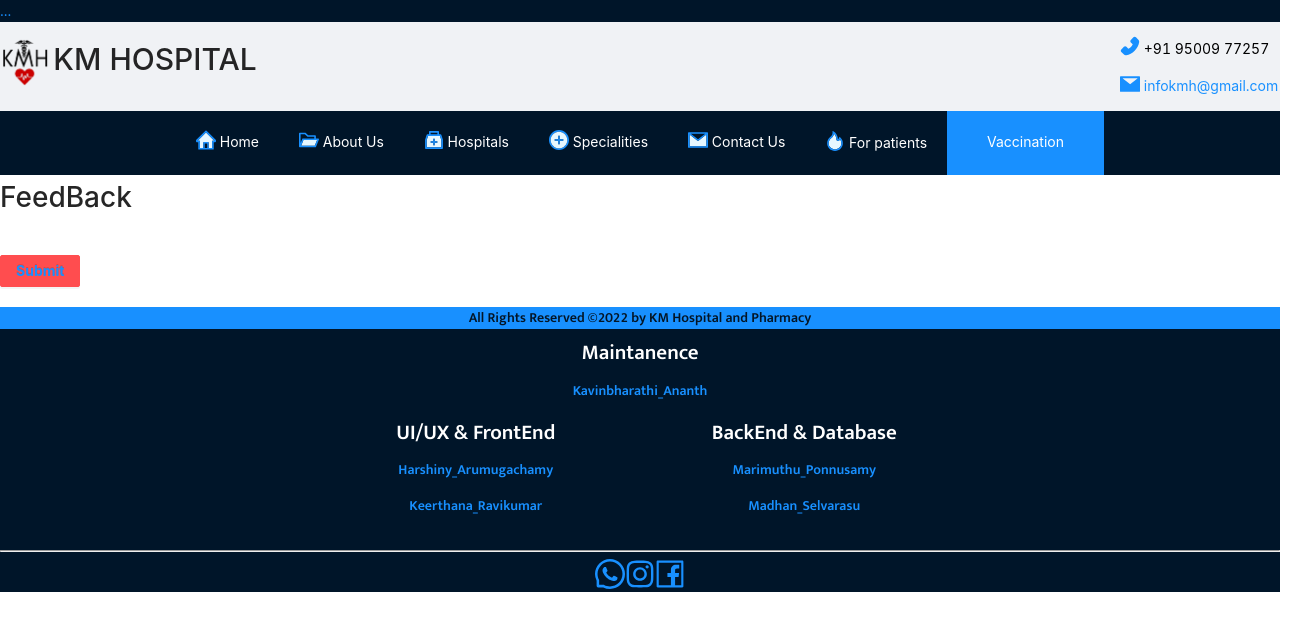
Repository: marimuthu1001/KHM-hospital
Page: /feedback (app in km-hospital/)
The author's editor kept a copy of each file at every save. The page is drawn from the files as they stood at one save, then again after the next save.
The browser window is 1280 px wide. The page is 1297 px wide, so the pictures cover 1297 px, including what lies to the right of the window. The pictures show the whole page.
The page's requests for data from a server got no answer. The project was rebuilt for these pictures with package versions that can differ from the ones it lists, and the page was loaded fresh each time. No one was signed in, and anything a server would have sent is missing. Also part of the build but not shown: km-hospital/src/Styles/ContactUs.module.css, km-hospital/src/Pages/ContactUs.jsx, km-hospital/src/Pages/AboutUS.jsx, km-hospital/src/Styles/Specialities.module.css, km-hospital/src/Pages/Specialities.jsx.

Above is the page before, as saved 2022-01-25 12:03:46.

### km-hospital/public/index.html
<!DOCTYPE html>
<html lang="en">
  <head>
    <meta charset="utf-8" />
    <link rel="icon" href="%PUBLIC_URL%/favicon.ico" />
    <meta name="viewport" content="width=device-width, initial-scale=1" />
    <meta name="theme-color" content="#000000" />
    <meta
      name="description"
      content="Web site created using create-react-app"
    />
    <link rel="apple-touch-icon" href="%PUBLIC_URL%/logo192.png" />
    <!--
      manifest.json provides metadata used when your web app is installed on a
      user's mobile device or desktop. See https://developers.google.com/web/fundamentals/web-app-manifest/
    -->
    <link rel="manifest" href="%PUBLIC_URL%/manifest.json" />
    <!--
      Notice the use of %PUBLIC_URL% in the tags above.
      It will be replaced with the URL of the `public` folder during the build.
      Only files inside the `public` folder can be referenced from the HTML.

      Unlike "/favicon.ico" or "favicon.ico", "%PUBLIC_URL%/favicon.ico" will
      work correctly both with client-side routing and a non-root public URL.
      Learn how to configure a non-root public URL by running `npm run build`.
    -->
    <title>KM HOSPITAL | HOME</title>
  </head>
  <body>
    <noscript>You need to enable JavaScript to run this app.</noscript>
    <div id="root"></div>
    <!--
      This HTML file is a template.
      If you open it directly in the browser, you will see an empty page.

      You can add webfonts, meta tags, or analytics to this file.
      The build step will place the bundled scripts into the <body> tag.

      To begin the development, run `npm start` or `yarn start`.
      To create a production bundle, use `npm run build` or `yarn build`.
    -->
  </body>
</html>

### km-hospital/src/index.js
import React from 'react';
import ReactDOM from 'react-dom';
import 'antd/dist/antd.min.css'
import './index.css'
import App from './App';


ReactDOM.render(
  <React.StrictMode>
    <App />
  </React.StrictMode>,
  document.getElementById('root')
);

### km-hospital/src/index.css
@import '~antd/dist/antd.css';

.ant-menu:not(.ant-menu-horizontal) .ant-menu-item-selected {
	background: transparent;
}

.ant-menu{
    background: red;
    }

### km-hospital/src/App.js
import Nav from  './components/Nav'
import Footer from './components/Footer'
import ContactUs from './Pages/ContactUs'
import AboutUs from './Pages/AboutUS'
import Specialities from './Pages/Specialities'
import {BrowserRouter as Router, Route,Routes} from 'react-router-dom'

import Feedback from './Pages/Feedback'

function App() {
  return (
    <Router>
        <div className="App">
          <Nav/>
          <Routes>
            <Route exact path="/contactus" element={<ContactUs/>}/>
            <Route exact path="/aboutus" element={<AboutUs/>}/>
            <Route exact path="/specialities" element={<Specialities/>}/>
            <Route exact path="/feedback" element={<Feedback/>}/>
          </Routes>

          <Footer/>
        </div>
    </Router>

  );
}

export default App;

### km-hospital/src/components/Nav.jsx
import React from 'react'

import Styles from '../Styles/Nav.module.css'
import { Layout, Menu, Dropdown,Row,Col } from 'antd';
import { UserOutlined, LaptopOutlined, NotificationOutlined } from '@ant-design/icons';
import Logo from '../Images/Logo.png'

import {HomeTwoTone,
    FolderOpenTwoTone,
    MedicineBoxTwoTone,
    PlusCircleTwoTone,
    FireTwoTone ,
    MailTwoTone,
    PhoneFilled,
    MailFilled,

    } from '@ant-design/icons'

function Nav() {
  const menu = (
    <Menu>

            <Menu.Item key="1">Covid Dose</Menu.Item>
            <Menu.Item key="2">Covid Booster</Menu.Item>
            <Menu.Item key="3">Polio Vaccine</Menu.Item>
            <Menu.Item key="4">Chicken pox Vaccine</Menu.Item>
      </Menu>
  )
const patients = (
  <Menu>
          <Menu.Item key="1">Health Checkup Package</Menu.Item>
          <Menu.Item key="2">Medicines</Menu.Item>
          <Menu.Item key="3">Symptoms</Menu.Item>
          <Menu.Item key="4">Procedurs</Menu.Item>
          <Menu.Item key="5">BMI Calculator</Menu.Item>
    </Menu>

  )

  const { Header} = Layout;
    return (

      <Layout>
        <p className={Styles.line}>...</p>
        <div className={Styles.head} >
            <Row gutters={[16,16]}>
              <Col md={{span:2}} lg={{span:1}}>
              <div className="logo">
              <img src={Logo} alt="Logo" widht={50} height={50}/>
            </div>
              </Col>
              <Col md={{span:6}} lg={{span:4}}>
              <h1>KM HOSPITAL</h1>
              </Col>
              <Col md={{span:8}} lg={{span:16}}></Col>
              <Col md={{span:5}} lg={{span:3}}>
              <div className={Styles.contactHead}>
                <p style={{color:'black'}}><PhoneFilled  style= {{ fontSize: '20px',color: '#1890ff'  }} />&nbsp;+91 95009 77257</p>
                <p><a href="mailto:infokmh@gmail.com"><MailFilled style= {{ fontSize: '20px',color: '#1890ff'  }} />&nbsp;infokmh@gmail.com</a></p>
               </div>
              </Col>
            </Row>
        </div>



      <Header className="header">
      <div className="menubar">
        <Menu style={{
            position: 'relative',
            display: 'flex',
            justifyContent: 'center',

        }} theme="dark" mode="horizontal" defaultSelectedKeys={['1']}>
     <a href="/">
          <Menu.Item key="7"><HomeTwoTone style={{fontSize:20}}/>&nbsp;Home</Menu.Item>
     </a>
     <a href="/aboutus">
          <Menu.Item key="2"><FolderOpenTwoTone style={{fontSize:20}}/>&nbsp;About Us</Menu.Item>
     </a>
     <a href="">
          <Menu.Item key="3"><MedicineBoxTwoTone style={{fontSize:20}}/>&nbsp;Hospitals</Menu.Item>
     </a>
     <a href="/specialities">
          <Menu.Item key="4"><PlusCircleTwoTone style={{fontSize:20}}/>&nbsp;Specialities</Menu.Item>
     </a>
     <a href="/contactus">
          <Menu.Item  key="6"> <MailTwoTone style={{fontSize:20}}/>&nbsp;Contact Us</Menu.Item>
     </a>
          <Dropdown  overlay={patients} placement="topCenter">
              <Menu.Item key="5"><FireTwoTone style={{fontSize:20}}/>&nbsp;For patients</Menu.Item>
          </Dropdown>

          <Menu.Item key="1">
          <Dropdown  overlay={menu} placement="topCenter">
                    <Menu.Item>Vaccination</Menu.Item>
          </Dropdown>
          </Menu.Item>


        </Menu>  </div>
      </Header>


        </Layout>


    )
}

export default Nav

### km-hospital/src/components/Footer.jsx
import React from 'react'
import Styles from '../Styles/Footer.module.css'
import { Row, Col } from 'antd';
import {WhatsAppOutlined,
    InstagramOutlined,
    FacebookOutlined} from '@ant-design/icons'
function Footer() {
    return (
        <div  >
            <div className={Styles.footer}>


                <div className={Styles.footerContent}>
                    <div sm={1}  md={6} lg={8}  className={Styles.footerTitle}>
                        <h4>All Rights Reserved &copy;2022 by KM Hospital and Pharmacy</h4>
                    </div>


                <div className={Styles.maintain}>
                    <h2>Maintanence</h2>
                    <p>Kavinbharathi_Ananth</p>
                </div>

                <Row className={Styles.design} gutter={[34, 18]}>
                <Col xs={24} md={6}/>
                    <Col xs={24} md={6}>
                        <div>
                            <h2 className={Styles.headDecoration}>UI/UX & FrontEnd</h2>
                            <div className={Styles.decoration}>
                                <p>Harshiny_Arumugachamy</p>
                                <p>Keerthana_Ravikumar</p>
                            </div>
                        </div>
                    </Col>
                    <Col xs={24} md={6}>
                        <div>
                        <h2 className={Styles.headDecoration}>BackEnd & Database</h2>
                            <div className={Styles.decoration}>
                                <p>Marimuthu_Ponnusamy</p>
                                <p>Madhan_Selvarasu</p>
                            </div>
                        </div>
                    </Col>
                    <Col xs={24} md={6}/>
                        <Col sm={{ span: 5, offset: 0 }} md={{ span: 5, offset: 0 }} lg={{ span: 6, offset:0  }}> </Col>
                </Row>


<hr/>


                <Row  className={Styles.social}>
                    <Col sm={{span:2}} md={{span:8}} lg={{span:8}}><WhatsAppOutlined style={{fontSize: '30px' }} /></Col>
                    <Col sm={{span:2}} md={{span:8}} lg={{span:8}}><InstagramOutlined style={{fontSize: '30px' }} /></Col>
                    <Col sm={{span:2}} md={{span:8}} lg={{span:8}}><FacebookOutlined style={{fontSize: '30px' }} /></Col>
                </Row>
            </div>
        </div>
        </div>
    )
}

export default Footer

### km-hospital/src/Pages/Feedback.jsx
import React , {useState,useEffect} from 'react'
import { Helmet,HelmetProvider } from 'react-helmet-async';
import firebase from '../firebase.js'



import { Card, Col, Row,Button,Spin } from 'antd';
const { Meta } = Card;
const Dhuruvam=()=> {
    const [FeedBacks, setFeedBacks] = useState([]);
    const [loading, setLoading] = useState(false);




    useEffect(()=>{
          //ONE TIME GET FUNCTION
    const ref = firebase.firestore().collection("Feedbacks");
    setLoading(true);
    function getFeedBacks() {
        ref.onSnapshot((querySnapshot)=>{
            const items = [];
            querySnapshot.forEach((doc)=>{
                items.push(doc.data());
            });
        setLoading(false);
        setFeedBacks(items);
        });
    }

        getFeedBacks();
    },[]);

console.log(loading)
    if(loading){
        <h1>Loading</h1>

    }
    return (
        <div>
             <HelmetProvider>
                    <Helmet>
                        <title>FeedBack</title>
                    </Helmet>
             </HelmetProvider>

           <div className="title-pongal">
               <h1>FeedBack </h1>
           </div>

          <div className="site-card-wrapper">
          <Spin tip="Loading ..." style={{width:1550}} size="large" spinning={loading}>

           </Spin>&nbsp;


          <Row gutter={0}>
                        {FeedBacks.map((feedback) =>(
                            <div key={feedback.key}>
                                <Col span={1}>
                                <Card
                                        className="card-item"
                                        style={{ width: 250 , height:200}}
										cover={
											<img
												alt="example"
												src={feedback.img}
											/>
                                }>
                                <Meta
                                    title={feedback.name}
                                    description={feedback.feedback}
                                />
                                </Card>
                             </Col>

							 <h1>Helo World

							 </h1>
                            </div>
                        ))}

                  </Row>
            </div>
            <Button style={{marginBottom:20}} className="btn" type="danger"><a href="/docs" className="ref"><b>Submit</b></a> </Button>

        </div>
    )
}

export default Dhuruvam;

### km-hospital/src/Styles/Nav.module.css
*{
    margin-top:0px;
}
.line{
    background-color:#001529;
    color:#1890ff;
}
.head h1{
    font-size: 30px;
}
.menubar .Menu.item{
    margin-left:20%;
}
a{
    text-decoration: none;
}
a:hover{
    background-color:#1890ff;
}

### km-hospital/src/Styles/Footer.module.css
@import url('https://fonts.googleapis.com/css2?family=Mukta:wght@600&display=swap');
.footer{
    background-color:#001529;
    font-family: 'Mukta', sans-serif;
    color:#1890ff;
    position:relative;
    text-align:center
}
.footer h2{
    color:#ffffff
}
.footer .footerTitle{
    color:rgb(255, 255, 255);
    background-color:#1890ff
}
.footer .social{
    text-align:center;
    display:inline-flex;
}
.social li{
    list-style-type: none;
}
.decoration{
    list-style-type:none;
    text-align:center
}
.headDecoration{
    text-align:center
}

### km-hospital/src/firebase.js
import firebase from 'firebase/compat/app';
import 'firebase/compat/firestore';


const firebaseConfig = {
    apiKey: "AIzaSyBXAQdkExXqcbrjHUTNEdFbsdwA_L_i-Ts",
    authDomain: "km-hospital-portal.firebaseapp.com",
    projectId: "km-hospital-portal",
    storageBucket: "km-hospital-portal.appspot.com",
    messagingSenderId: "115873823605",
    appId: "1:115873823605:web:4417095c1c3705cda8f13c",
    measurementId: "G-0VPENR8VYJ"
  };

firebase.initializeApp(firebaseConfig);
export default firebase;

After the next save:
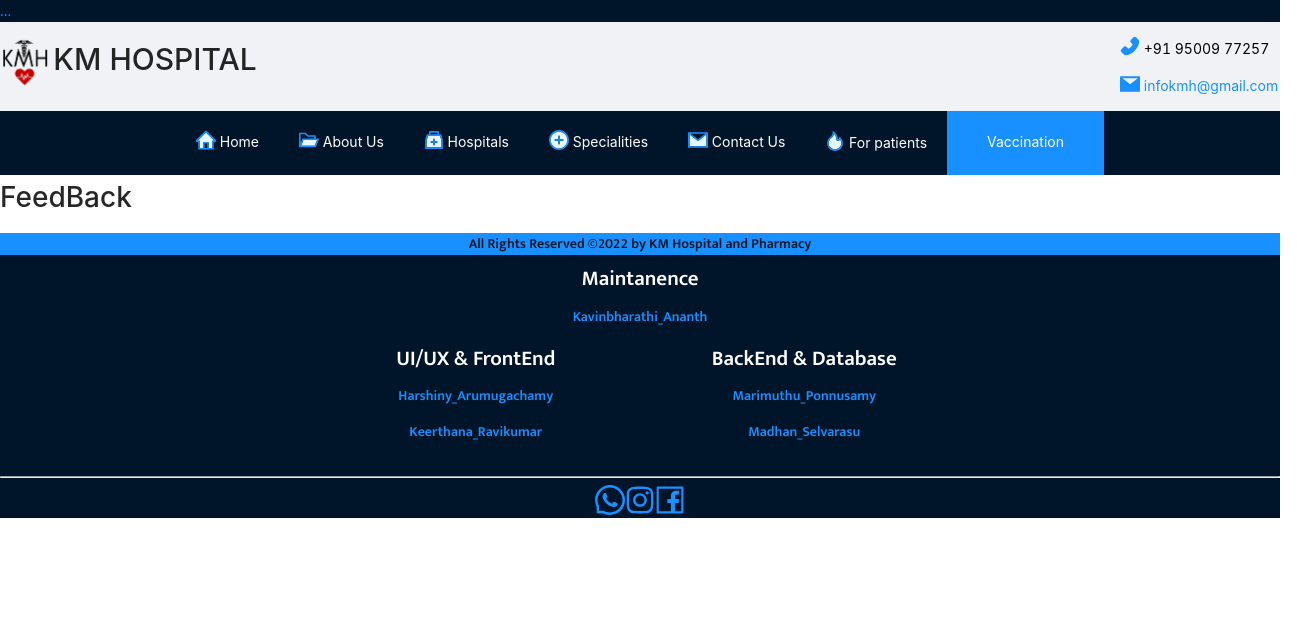
Saved 90 s later.
--- a/km-hospital/src/Pages/Feedback.jsx
+++ b/km-hospital/src/Pages/Feedback.jsx
@@ -48,43 +48,9 @@ console.log(loading)
                <h1>FeedBack </h1>
            </div>
 
-          <div className="site-card-wrapper">
-          <Spin tip="Loading ..." style={{width:1550}} size="large" spinning={loading}>
-
-           </Spin>&nbsp;
 
 
-          <Row gutter={0}>
-                        {FeedBacks.map((feedback) =>(
-                            <div key={feedback.key}>
-                                <Col span={1}>
-                                <Card
-                                        className="card-item"
-                                        style={{ width: 250 , height:200}}
-										cover={
-											<img
-												alt="example"
-												src={feedback.img}
-											/>
-                                }>
-                                <Meta
-                                    title={feedback.name}
-                                    description={feedback.feedback}
-                                />
-                                </Card>
-                             </Col>
-
-							 <h1>Helo World
-
-							 </h1>
-                            </div>
-                        ))}
-
-                  </Row>
-            </div>
-            <Button style={{marginBottom:20}} className="btn" type="danger"><a href="/docs" className="ref"><b>Submit</b></a> </Button>
-
-        </div>
+         </div>
     )
 }
 
